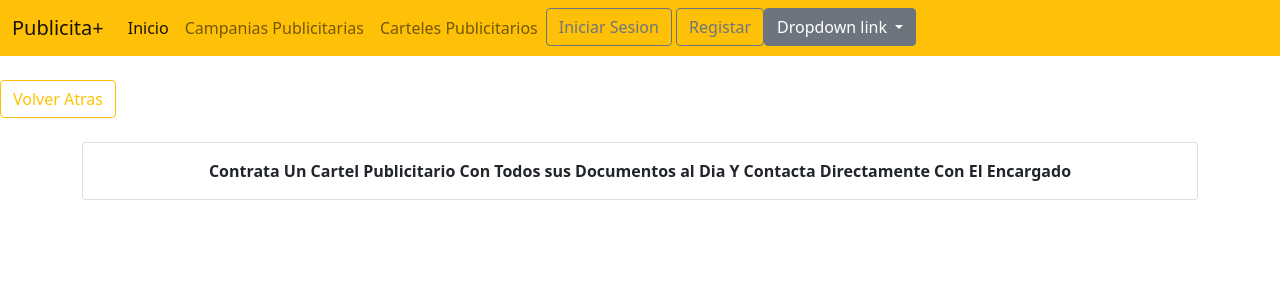
Repository: programador23/PublicitaMasWebVersionFinal
Page: http://localhost/carteles/listacarteles
These files come from the project's save history. The page is drawn as it stood at one moment and after the next save; the edit follows.
The browser window is 1280 px wide. The pictures show the whole page.
The page is this project's Thymeleaf template; nobody is signed in. The template is opened directly, without the code that normally fills it, so the values that code supplies are empty.

Above is the page before, as saved 2021-07-08 01:59:46.

After the next save:
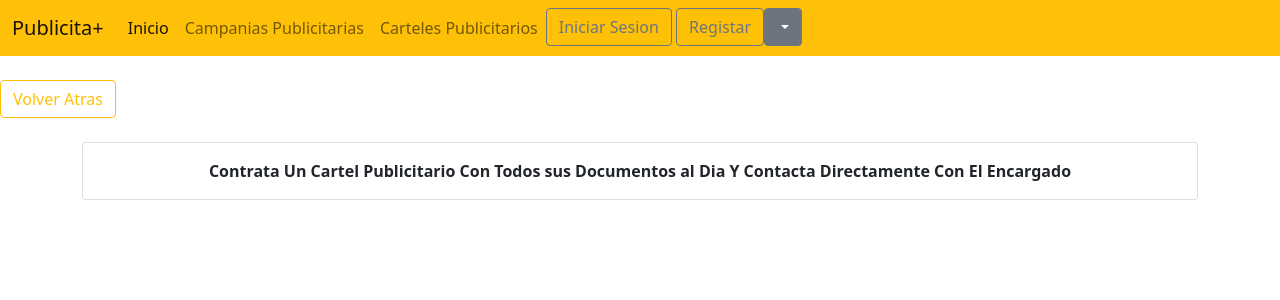
Saved 97 s later.
--- a/PublicitaMasWeb-master/src/main/resources/templates/NavbarGeneral.html
+++ b/PublicitaMasWeb-master/src/main/resources/templates/NavbarGeneral.html
@@ -19,9 +19,10 @@
       <a class="btn btn-outline-secondary" th:href="@{/login}">Iniciar Sesion</a>
       <a class="btn btn-outline-secondary" >Registar</a>
       </li>
+
       <li class="dropdown">
   <a class="btn btn-secondary dropdown-toggle" href="#" role="button" id="dropdownMenuLink" data-bs-toggle="dropdown" aria-expanded="false">
-    Dropdown link
+    <span sec:authentication="name"></span>
   </a>
 
   <ul class="dropdown-menu" aria-labelledby="dropdownMenuLink">
